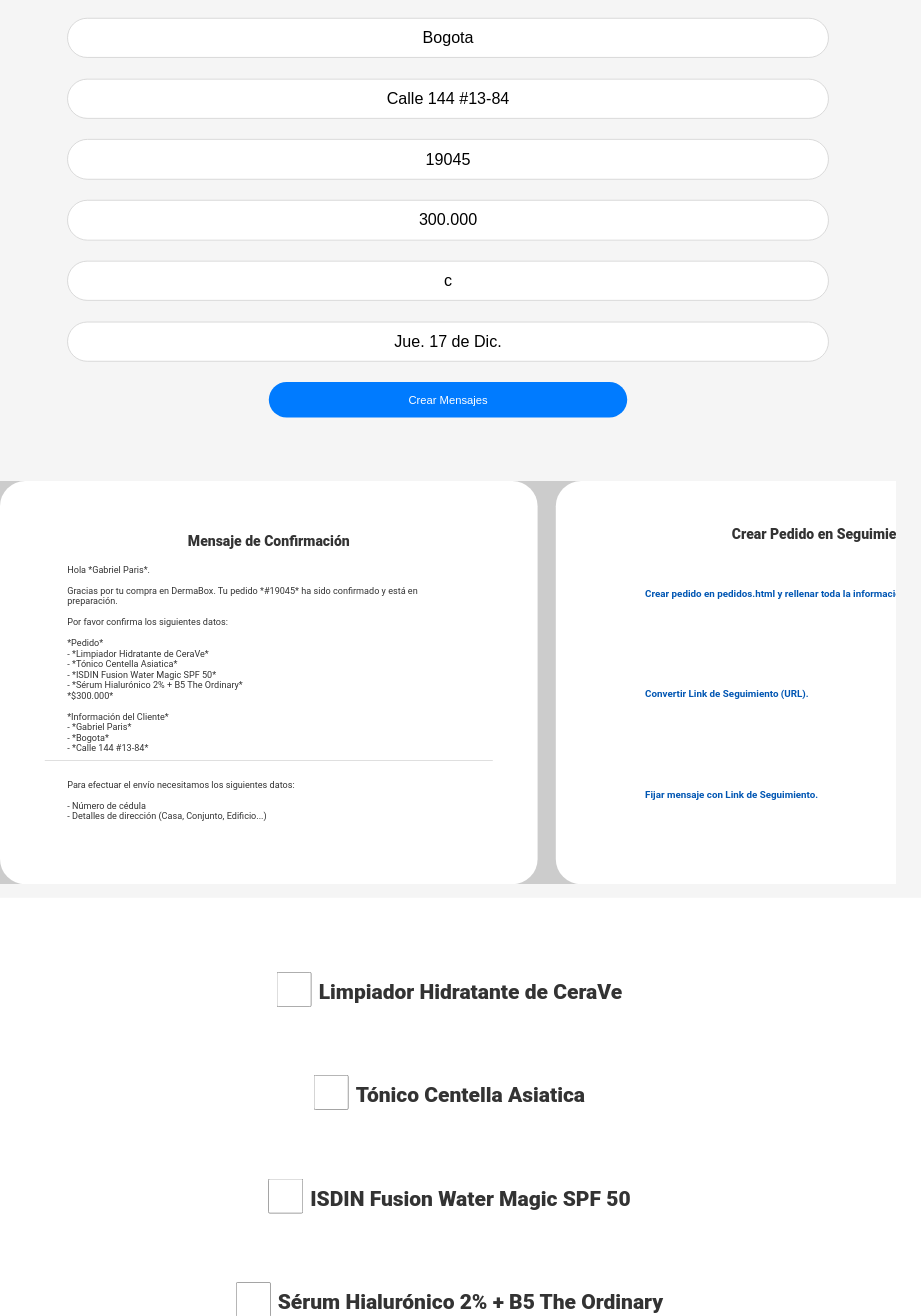
Repository: aCoupon0/intranet
Page: 1/venta-1.html
The author's editor kept a copy of each file at every save. The page is drawn from the files as they stood at one save, then again after the next save.
The browser window is 1280 px wide. The page is 1316 px wide, so the pictures cover 1316 px, including what lies to the right of the window. The pictures show the part of the page from y = 631 to 2511 px (the page is 3181 px tall), at 70% of full size.
After loading, the first visible `#boton-enviar` was clicked once.

Above is the page before, as saved 2024-12-13 14:25:19.

After the next save:
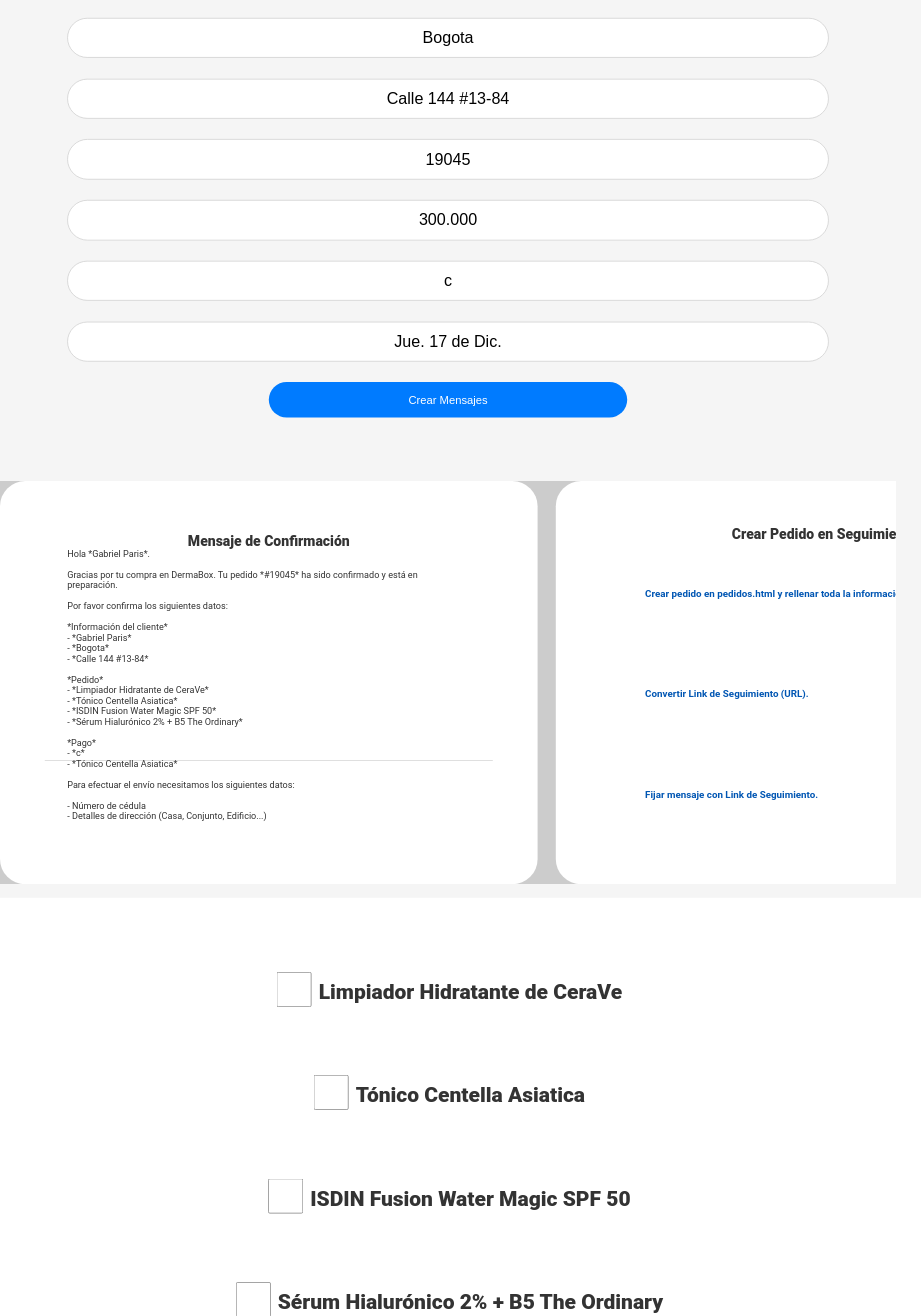
Saved 22 h 47 min later.
--- a/js/ventas-shared.js
+++ b/js/ventas-shared.js
@@ -8,20 +8,24 @@ document.getElementById("boton-enviar").addEventListener("click", () => {
     const ciudad = document.getElementById("input-ciudad").value.trim();
     const direccion = document.getElementById("input-direccion").value.trim();
     const cobro = document.getElementById("input-cobro").value.trim();
+    const metodoPago = document.querySelector("#input-metodo").value;
 
     // Construir el mensaje con saltos de línea en HTML
-    let mensaje = `Hola *${nombre}*.<br><br>Gracias por tu compra en DermaBox. Tu pedido *#${codigo}* ha sido confirmado y está en preparación.<br><br>Por favor confirma los siguientes datos:<br><br>*Pedido*<br>`;
+    let mensaje = `Hola *${nombre}*.<br><br>Gracias por tu compra en DermaBox. Tu pedido *#${codigo}* ha sido confirmado y está en preparación.<br><br>Por favor confirma los siguientes datos:<br><br>*Información del cliente*<br>`;
+    if (nombre) mensaje += ` - *${nombre}*<br>`;
+    if (ciudad) mensaje += ` - *${ciudad}*<br>`;
+    if (direccion) mensaje += ` - *${direccion}*<br>`;
 
+
+    mensaje += `<br>*Pedido*<br>`;
     if (limpiador) mensaje += ` - *${limpiador}*<br>`;
     if (hidratante) mensaje += ` - *${hidratante}*<br>`;
     if (bloqueador) mensaje += ` - *${bloqueador}*<br>`;
     if (potenciador) mensaje += ` - *${potenciador}*<br>`;
-    if (cobro) mensaje += `*$${cobro}*<br>`;
 
-    mensaje += `<br>*Información del Cliente*<br>`;
-    if (nombre) mensaje += ` - *${nombre}*<br>`;
-    if (ciudad) mensaje += ` - *${ciudad}*<br>`;
-    if (direccion) mensaje += ` - *${direccion}*<br>`;
+    mensaje += `<br>*Pago*<br>`;
+    if (metodoPago) mensaje += ` - *${metodoPago}*<br>`;
+    if (hidratante) mensaje += ` - *${hidratante}*<br>`;
 
 
     // Mostrar el mensaje en el div correspondiente
@@ -36,11 +40,7 @@ document.getElementById("boton-enviar").addEventListener("click", () => {
     const sectionDual2 = document.querySelector(".section-dual-2");
     sectionDual2.innerHTML = mensaje2;
 
-
-
-    const metodoPago = document.querySelector("#input-metodo").value;
     const fechaLlegada = document.querySelector("#input-fecha").value; // Asegúrate de que esta variable obtenga el input correcto para la fecha.
-    const linkSeguimiento = "https://tu-link-de-seguimiento.com"; // Proporciona aquí el link de seguimiento.
 
     if (metodoPago === "n") {
         // Rellenar section-dual-4
